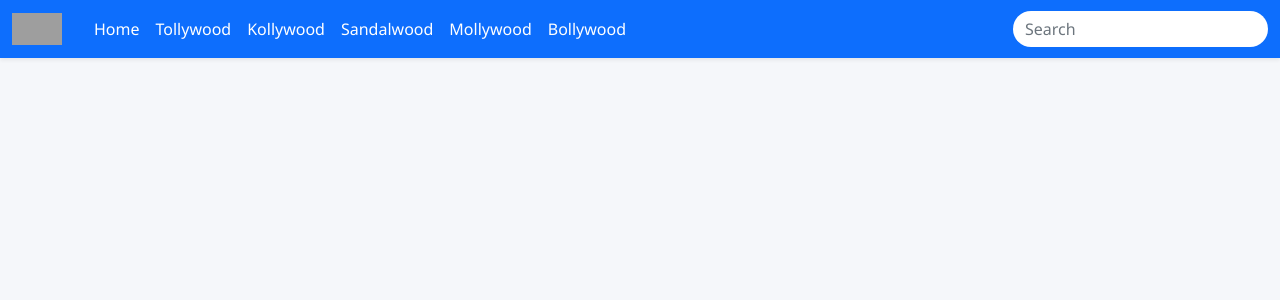
Repository: chandu7777158/Movies_spot
Page: /
An editor plug-in stored every save of this project. The page is shown before and after the next save, followed by the edit.
The browser window is 1280 px wide. The pictures show the whole page.
Pictures or frames that could not be fetched are drawn as grey boxes. The project was rebuilt for these pictures with package versions that can differ from the ones it lists, and the page was loaded fresh each time. Also part of the build but not shown: vite.config.js.

Above is the page before, as saved 2026-01-23 09:57:21.

### index.html
<!doctype html>
<html lang="en">
  <head>
    <meta charset="UTF-8" />
    <link rel="icon" type="image/svg+xml" href="/vite.svg" />
    <meta name="viewport" content="width=device-width, initial-scale=1.0" />
    <title>movies_spot</title>
    <link href="https://cdn.jsdelivr.net/npm/bootstrap@5.2.3/dist/css/bootstrap.min.css" rel="stylesheet" integrity="sha384-rbsA2VBKQhggwzxH7pPCaAqO46MgnOM80zW1RWuH61DGLwZJEdK2Kadq2F9CUG65" crossorigin="anonymous">

  </head>
  <body>
    <script src="https://cdn.jsdelivr.net/npm/bootstrap@5.2.3/dist/js/bootstrap.bundle.min.js" integrity="sha384-kenU1KFdBIe4zVF0s0G1M5b4hcpxyD9F7jL+jjXkk+Q2h455rYXK/7HAuoJl+0I4" crossorigin="anonymous"></script>
    <div id="root"></div>
    <script type="module" src="/src/main.jsx"></script>
  </body>
</html>

### src/index.css
body {
	background: #f5f7fa;
	min-height: 100vh;
	color: #222;
	font-family: 'Segoe UI', 'Roboto', 'Arial', sans-serif;
	margin: 0;
}

/* Navbar highlight styles */
.nav-highlight {
	color: #fff !important;
	font-weight: 500;
	position: relative;
	transition: color 0.2s, text-shadow 0.2s;
}
.nav-highlight:hover,
.nav-highlight.active {
	color: #ffe066 !important;
	text-shadow: 0 2px 8px #0d6efd55;
}

/* Rounded search bar */
.rounded-search .form-control {
	border-radius: 30px !important;
}
.rounded-search .input-group-text {
	border-radius: 30px 0 0 30px !important;
}

### src/App.jsx
import React from 'react'
import Navbar from './components/Navbar'

export default function App() {
  return (
    <div>
      <Navbar/>
    </div>
  )
}

### src/components/Navbar.jsx
import React from 'react';

export default function Navbar() {
    return (
        <nav className="navbar navbar-expand-sm navbar-dark bg-primary shadow-sm py-2">
            <div className="container-fluid">
                <a className="navbar-brand d-flex align-items-center" href="#">
                    <img src="https://static.vecteezy.com/system/resources/previews/022/580/623/non_2x/movie-media-letter-logo-design-illustration-free-vector.jpg"
                    alt="Logo" width="50" height="32" className="d-inline-block align-text-top me-2"/>
                </a>
                {/* Search icon for mobile, left of hamburger */}
                <span className="d-lg-none me-2">
                    <i className="bi bi-search text-white fs-4"></i>
                </span>
                <button className="navbar-toggler" type="button" data-bs-toggle="collapse" data-bs-target="#navbarNav" aria-controls="navbarNav" aria-expanded="false" aria-label="Toggle navigation">
                    <span className="navbar-toggler-icon"></span>
                </button>
                <div className="collapse navbar-collapse" id="navbarNav">
                    <ul className="navbar-nav me-auto mb-2 mb-lg-0">
                        {['Home','Tollywood','Kollywood','Sandalwood','Mollywood','Bollywood'].map((item) => (
                            <li className="nav-item" key={item}>
                                <a className="nav-link nav-highlight" href="#">{item}</a>
                            </li>
                        ))}
                    </ul>
                    {/* Search bar for desktop/tablet */}
                    <form className="d-none d-lg-flex" role="search" style={{alignItems:'center'}}>
                        <div className="input-group rounded-search">
                            <input className="form-control border-0 bg-white text-dark" type="search" placeholder="Search" aria-label="Search" style={{borderRadius:'30px'}} />
                        </div>
                    </form>
                </div>
            </div>
        </nav>
    );
}

Loaded but not shown: src/main.jsx (common file)

After the next save:
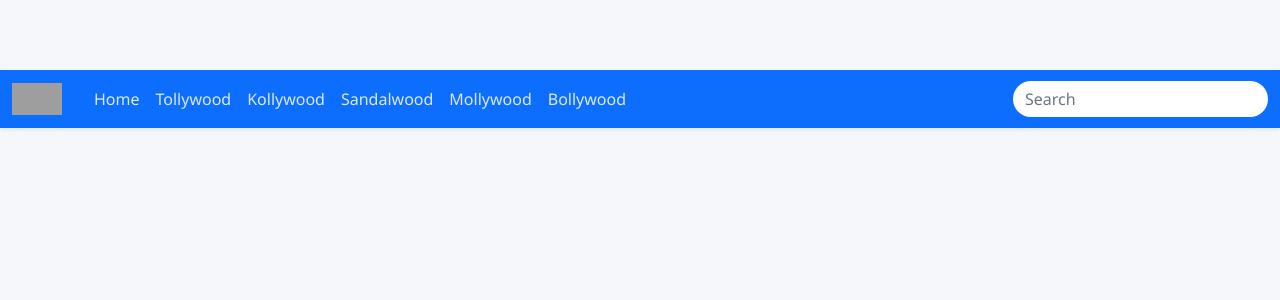
Saved 9 min 21 s later.
--- a/src/index.css
+++ b/src/index.css
@@ -1,28 +1,27 @@
+/* Global Reset and Fix for Fixed Navbar */
 body {
-	background: #f5f7fa;
-	min-height: 100vh;
-	color: #222;
-	font-family: 'Segoe UI', 'Roboto', 'Arial', sans-serif;
-	margin: 0;
+    background: #f5f7fa;
+    min-height: 100vh;
+    margin: 0;
+    /* This padding prevents content from hiding behind the navbar */
+    padding-top: 70px;
+    font-family: 'Segoe UI', sans-serif;
 }
 
-/* Navbar highlight styles */
+/* Custom Highlight Effect for Nav Links */
 .nav-highlight {
-	color: #fff !important;
-	font-weight: 500;
-	position: relative;
-	transition: color 0.2s, text-shadow 0.2s;
-}
-.nav-highlight:hover,
-.nav-highlight.active {
-	color: #ffe066 !important;
-	text-shadow: 0 2px 8px #0d6efd55;
+    color: rgba(255, 255, 255, 0.85) !important;
+    font-weight: 500;
+    transition: all 0.3s ease;
 }
 
-/* Rounded search bar */
-.rounded-search .form-control {
-	border-radius: 30px !important;
+.nav-highlight:hover {
+    color: #ffe066 !important;
+    transform: translateY(-2px);
 }
-.rounded-search .input-group-text {
-	border-radius: 30px 0 0 30px !important;
+
+/* Make search bar look modern */
+.form-control:focus {
+    box-shadow: 0 0 10px rgba(255, 255, 255, 0.5);
+    outline: none;
 }

After the save that followed:
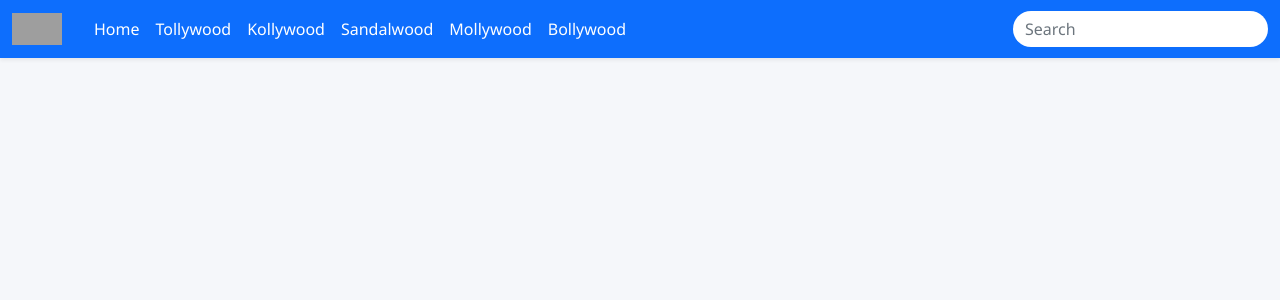
Saved 36 s later.
--- a/src/index.css
+++ b/src/index.css
@@ -1,27 +1,28 @@
-/* Global Reset and Fix for Fixed Navbar */
 body {
-    background: #f5f7fa;
-    min-height: 100vh;
-    margin: 0;
-    /* This padding prevents content from hiding behind the navbar */
-    padding-top: 70px;
-    font-family: 'Segoe UI', sans-serif;
+	background: #f5f7fa;
+	min-height: 100vh;
+	color: #222;
+	font-family: 'Segoe UI', 'Roboto', 'Arial', sans-serif;
+	margin: 0;
 }
 
-/* Custom Highlight Effect for Nav Links */
+/* Navbar highlight styles */
 .nav-highlight {
-    color: rgba(255, 255, 255, 0.85) !important;
-    font-weight: 500;
-    transition: all 0.3s ease;
+	color: #fff !important;
+	font-weight: 500;
+	position: relative;
+	transition: color 0.2s, text-shadow 0.2s;
+}
+.nav-highlight:hover,
+.nav-highlight.active {
+	color: #ffe066 !important;
+	text-shadow: 0 2px 8px #0d6efd55;
 }
 
-.nav-highlight:hover {
-    color: #ffe066 !important;
-    transform: translateY(-2px);
+/* Rounded search bar */
+.rounded-search .form-control {
+	border-radius: 30px !important;
 }
-
-/* Make search bar look modern */
-.form-control:focus {
-    box-shadow: 0 0 10px rgba(255, 255, 255, 0.5);
-    outline: none;
+.rounded-search .input-group-text {
+	border-radius: 30px 0 0 30px !important;
 }
